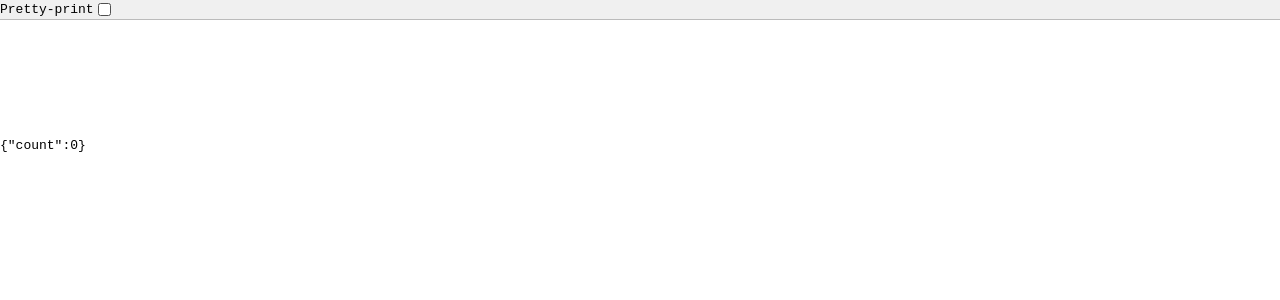
Repository: 2JISUN/hta-lecture-basic
Page: http://localhost/jsp04/member/idCheck.jsp
An editor plug-in stored every save of this project. The page is shown before and after the next save, followed by the edit.
The browser window is 1280 px wide. The pictures show the whole page.
The page is served by Tomcat 10. Queries for data that is not in the repository find no rows.

Above is the page before, as saved 2023-09-19 03:20:52.

After the next save:
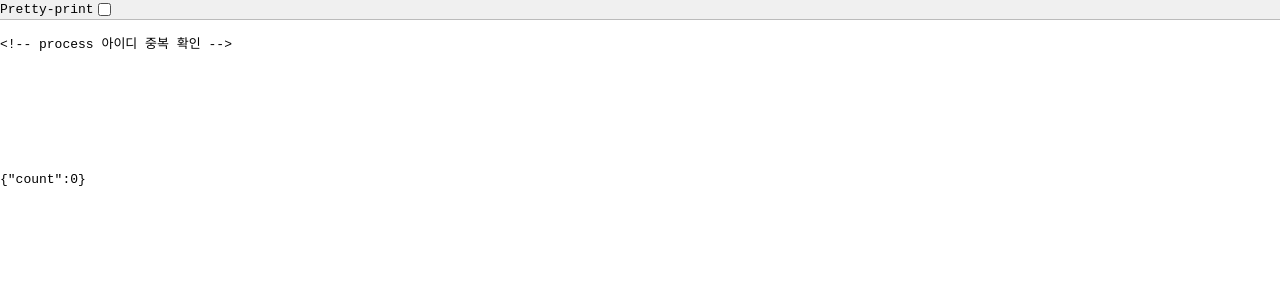
Saved 3 s later.
--- a/jsp-lecture/jsp04/src/main/webapp/member/idCheck.jsp
+++ b/jsp-lecture/jsp04/src/main/webapp/member/idCheck.jsp
@@ -1,3 +1,5 @@
+<!-- process 아이디 중복 확인 -->
+
 <%@page import="com.google.gson.Gson"%>
 <%@page import="java.util.Map"%>
 <%@page import="java.util.HashMap"%>
